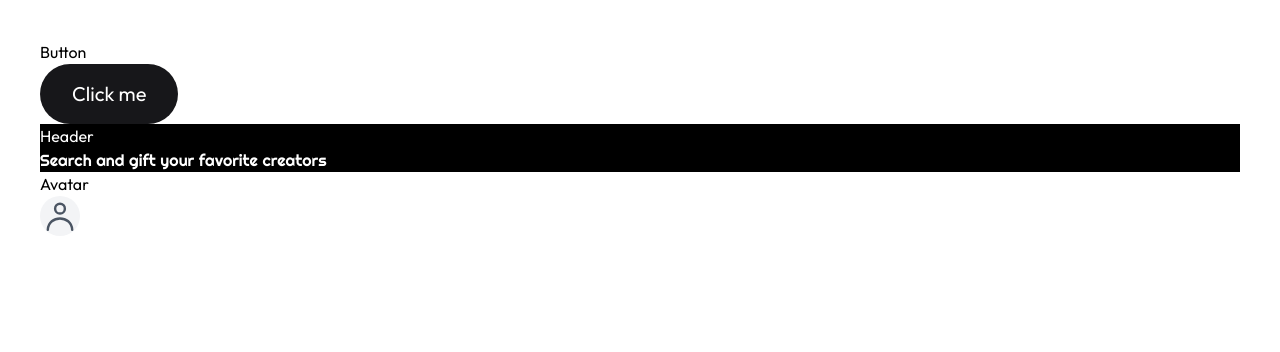
Repository: felixdusengimana/capstone-project-mirror
Page: /components (app in frontend/)
An editor plug-in stored every save of this project. The page is shown before and after the next save, followed by the edit.
The browser window is 1280 px wide. The pictures show the whole page.
The project was rebuilt for these pictures with package versions that can differ from the ones it lists, and the page was loaded fresh each time. The framework's server and built-in components were replaced by stand-ins that run in the browser. Also part of the build but not shown: frontend/next.config.mjs.

Above is the page before, as saved 2024-03-11 11:08:36.

### frontend/app/layout.tsx
import type { Metadata } from "next";
import { Righteous, Outfit } from "next/font/google";
import "./globals.css";

const outfit = Outfit({ subsets: ["latin"], variable: "--font-outfit" });
const righteous = Righteous({
  subsets: ["latin"],
  variable: "--font-righteous",
  weight: "400",
});

export const metadata: Metadata = {
  title: "Pesatone - Search and gift your favorite creators",
  description:
    "A place where fans show gratitude to the African content creators they love!",
};

export default function RootLayout({
  children,
}: Readonly<{
  children: React.ReactNode;
}>) {
  return (
    <html lang="en">
      <body className={`${outfit.variable} ${righteous.variable} font-sans`}>
        {children}
      </body>
    </html>
  );
}

### frontend/app/components/page.tsx
import Avatar from "@/components/atoms/Avatar";
import Button from "@/components/atoms/Button";
import Headline from "@/components/atoms/Headline";
import React from "react";

export default function page() {
  return (
    <div className="p-10">
      <div>
        <h1>Button</h1>
        <Button variant="secondary">Click me</Button>
      </div>
      <div className="bg-black">
        <h1 className="text-white">Header</h1>
        <Headline>Search and gift your favorite creators</Headline>
      </div>
      <div>
        <h1>Avatar</h1>
        <Avatar src="" />
      </div>
    </div>
  );
}

### frontend/app/globals.css
@tailwind base;
@tailwind components;
@tailwind utilities;

:root {
  --bg: #171719;
  --bg-hover: #232326;
  --secondary-color: #17171A;
  --foreground-rgb: 0, 0, 0;
  --background-start-rgb: 214, 219, 220;
  --background-end-rgb: 255, 255, 255;
}

/* @media (prefers-color-scheme: dark) {
  :root {
    --foreground-rgb: 255, 255, 255;
    --background-start-rgb: 0, 0, 0;
    --background-end-rgb: 0, 0, 0;
  }
}

body {
  color: rgb(var(--foreground-rgb));
  background: linear-gradient(to bottom,
      transparent,
      rgb(var(--background-end-rgb))) rgb(var(--background-start-rgb));
}

@layer utilities {
  .text-balance {
    text-wrap: balance;
  }
} */

### frontend/components/atoms/Avatar.tsx
/* eslint-disable @next/next/no-img-element */
import { ComponentProps } from "react";
import Icon from "./Icon";

interface AvatarProps extends ComponentProps<"div"> {
  src: string;
  alt?: string;
  size?: "sm" | "md" | "lg" | "xl" | "2xl";
  circle?: boolean;
  bordered?: boolean;
  fallBackText?: string;
}
export default function Avatar({ ...props }: AvatarProps) {
  const {
    src,
    alt,
    size = "sm",
    circle = true,
    fallBackText,
    bordered,
    ...rest
  } = props;

  return (
    <div
      {...rest}
      className={`bg-gray-100 ${circle ? "rounded-full" : "rounded"} ${
        bordered ? "border-2 border-white" : ""
      } ${
        size === "sm"
          ? "w-10 h-10"
          : size === "md"
          ? "w-12 h-12"
          : size === "lg"
          ? "w-16 h-16"
          : size === "xl"
          ? "w-[150px] h-[150px]"
          : size === "2xl"
          ? "w-[202px] h-[202px]"
          : ""
      } ${rest.className} flex items-center justify-center overflow-hidden`}
    >
      {src ? (
        <img src={src} alt={alt} className={`rounded-full object-cover`} />
      ) : fallBackText ? (
        fallBackText
      ) : (
        <Icon name="user" />
      )}
    </div>
  );
}

### frontend/components/atoms/Button.tsx
import { ComponentProps } from "react";

interface ButtonProps extends ComponentProps<"button"> {
  variant?: "dark" | "white" | "blurred" | "secondary";
  size?: "sm" | "md" | "lg";
  bordered?: boolean;
}

export default function Button({ ...props }: ButtonProps) {
  const { variant = "dark", size = "md", bordered = false } = props;

  const variantClasses = {
    dark: "bg-black text-white",
    white: "bg-white text-black",
    secondary: "bg-secondary text-white",
    blurred: "bg-blurred text-white",
  };

  const sizeClasses = {
    sm: "px-2 py-1",
    md: "px-8 py-4",
    lg: "px-6 py-3",
  };

  const borderClasses = bordered ? "border border-black" : "";

  return (
    <button
      {...props}
      className={`text-xl font-normal rounded-full ${variantClasses[variant]} ${sizeClasses[size]} ${borderClasses} ${props.className}`}
    >
      {props.children}
    </button>
  );
}

### frontend/components/atoms/Headline.tsx
import { ComponentProps } from "react";

interface HeadlineProps extends ComponentProps<"h1"> {}

export default function Headline({ ...props }: HeadlineProps) {
  return (
    <div className={`font-mono text-white ${props.className}`}>
      {props.children}
    </div>
  );
}

### frontend/components/atoms/Icon.tsx
function User() {
  return (
    <svg
      width="41"
      height="40"
      viewBox="0 0 41 40"
      fill="none"
      xmlns="http://www.w3.org/2000/svg"
    >
      <path
        d="M20.5 17.5C23.2614 17.5 25.5 15.2614 25.5 12.5C25.5 9.73858 23.2614 7.5 20.5 7.5C17.7386 7.5 15.5 9.73858 15.5 12.5C15.5 15.2614 17.7386 17.5 20.5 17.5Z"
        stroke="#4B5563"
        stroke-width="2.5"
        stroke-linecap="round"
        stroke-linejoin="round"
      />
      <path
        d="M33 34.1666C32.2083 18.6116 8.79167 18.6116 8 34.1666"
        stroke="#4B5563"
        stroke-width="2.5"
        stroke-linecap="round"
        stroke-linejoin="round"
      />
    </svg>
  );
}

export default function Icon({ name }: { name: "user" }) {
  if (name === "user") {
    return <User />;
  }
  return null;
}

### frontend/tailwind.config.ts
import type { Config } from "tailwindcss";

const config: Config = {
  content: [
    "./pages/**/*.{js,ts,jsx,tsx,mdx}",
    "./components/**/*.{js,ts,jsx,tsx,mdx}",
    "./app/**/*.{js,ts,jsx,tsx,mdx}",
  ],
  theme: {
    extend: {
      // backgroundImage: {
      //   "gradient-radial": "radial-gradient(var(--tw-gradient-stops))",
      //   "gradient-conic":
      //     "conic-gradient(from 180deg at 50% 50%, var(--tw-gradient-stops))",
      // },
      fontFamily: {
        sans: ["var(--font-outfit)"],
        mono: ["var(--font-righteous)"],
      },
      colors: {
        secondary: "var(--secondary-color)",
      },
    },
  },
  plugins: [],
};
export default config;

After the next save:
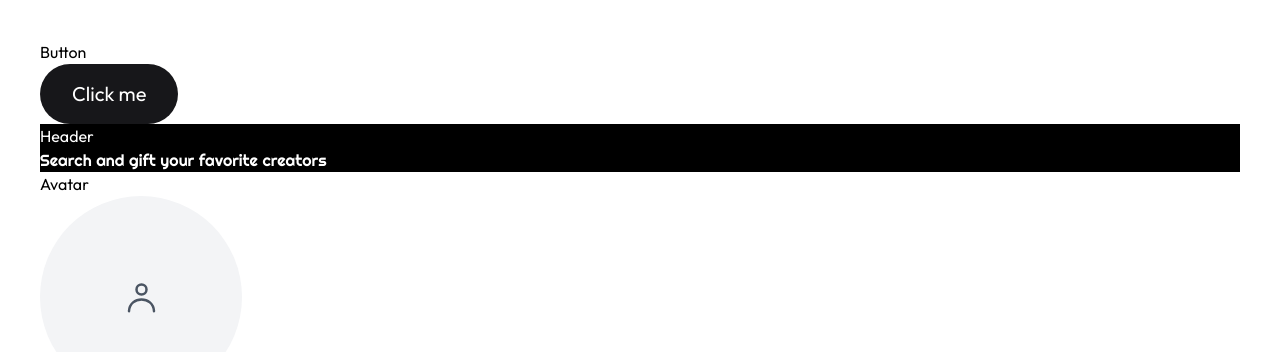
Saved 13 s later.
--- a/frontend/app/components/page.tsx
+++ b/frontend/app/components/page.tsx
@@ -16,7 +16,7 @@ export default function page() {
       </div>
       <div>
         <h1>Avatar</h1>
-        <Avatar src="" />
+        <Avatar src="" size="2xl" />
       </div>
     </div>
   );
